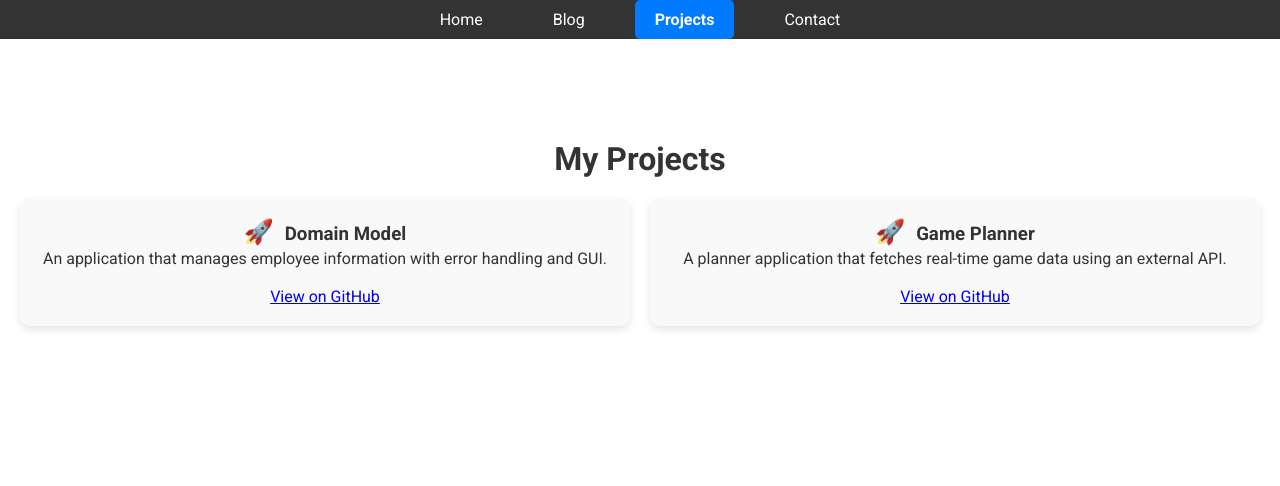
Repository: liwingy/cs5610_fall24_project1
Page: projects.html
The author's editor kept a copy of each file at every save. The page is drawn from the files as they stood at one save, then again after the next save.
The browser window is 1280 px wide. The pictures show the whole page.

Above is the page before, as saved 2024-10-07 19:42:43.

After the next save:
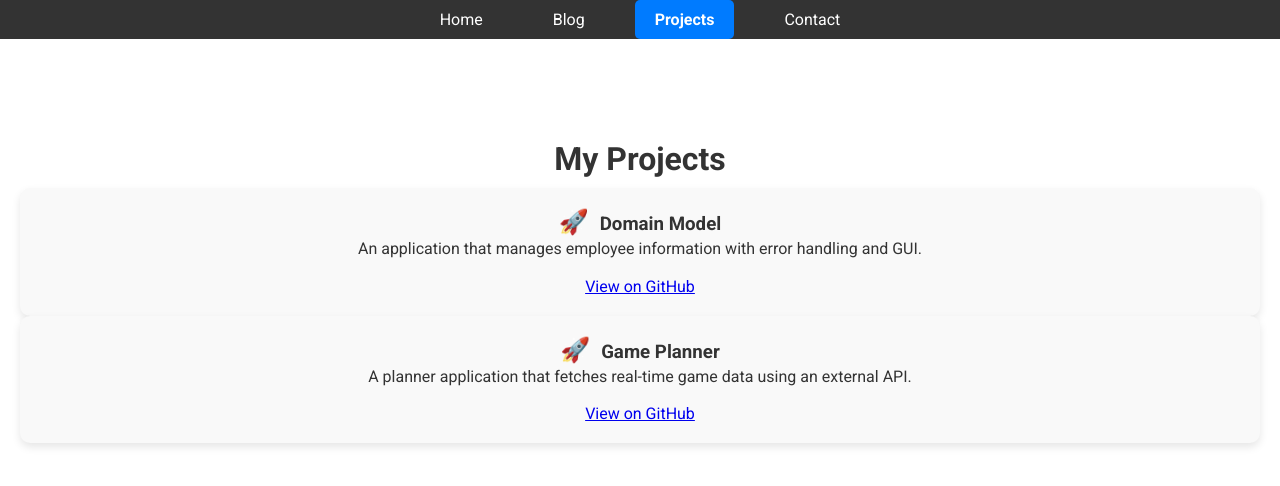
Saved 112 s later.
--- a/projects.html
+++ b/projects.html
@@ -18,7 +18,7 @@
     <main>
         <section class="projects">
             <h2>My Projects</h2>
-            <div class="projects-grid">
+            <div class="grids">
                 <div class="project-item">
                     <h3>Domain Model</h3>
                     <p>An application that manages employee information with error handling and GUI.</p>

After the 2 saves that followed:
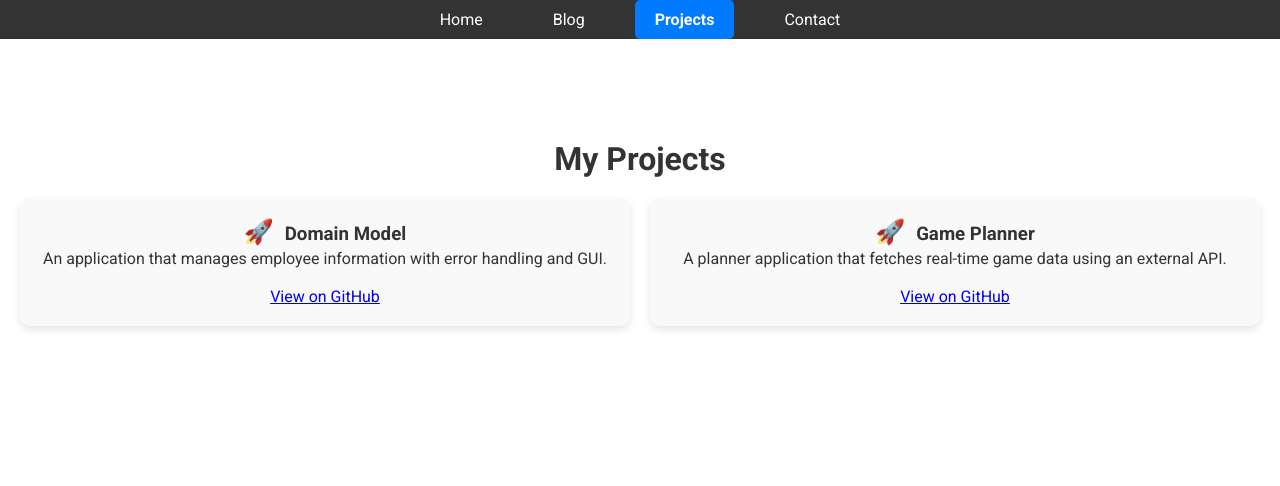
The 2 saves are shown as one change because 1 left the picture as it was.
The last was saved 24 s later.
--- a/projects.html
+++ b/projects.html
@@ -18,7 +18,7 @@
     <main>
         <section class="projects">
             <h2>My Projects</h2>
-            <div class="grids">
+            <div class="grid">
                 <div class="project-item">
                     <h3>Domain Model</h3>
                     <p>An application that manages employee information with error handling and GUI.</p>
--- a/style.css
+++ b/style.css
@@ -130,7 +130,7 @@ p {
     margin-bottom: 15px; /* Add space between paragraphs */
 }
 
-.projects-grid {
+.grid {
     display: grid;
     grid-template-columns: repeat(auto-fit, minmax(250px, 1fr)); /* Auto-fit for responsiveness */
     gap: 20px; /* Space between grid items */
